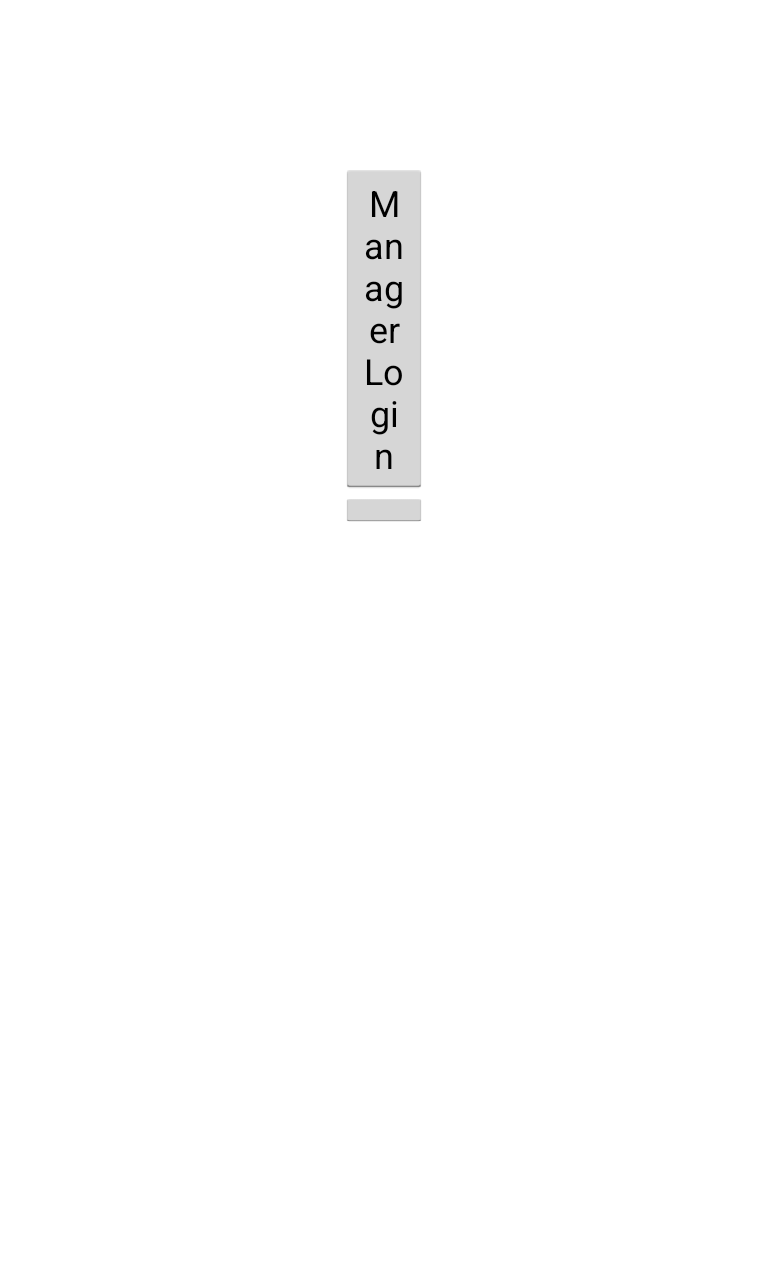
Repository: VroniZinsser/Kurierdienst
Layout: KurierdienstVroni/res/layout/activity_kurierdienst_start.xml
These files come from the project's save history. The layout is drawn as it stood at one moment and after the next save; the edit follows.
It is drawn on a 768 x 1280 px phone screen (xhdpi) without system bars, with theme AppTheme; the app's code is not run.

Above is the layout before, as saved 2014-07-14 16:33:29.

After the next save:
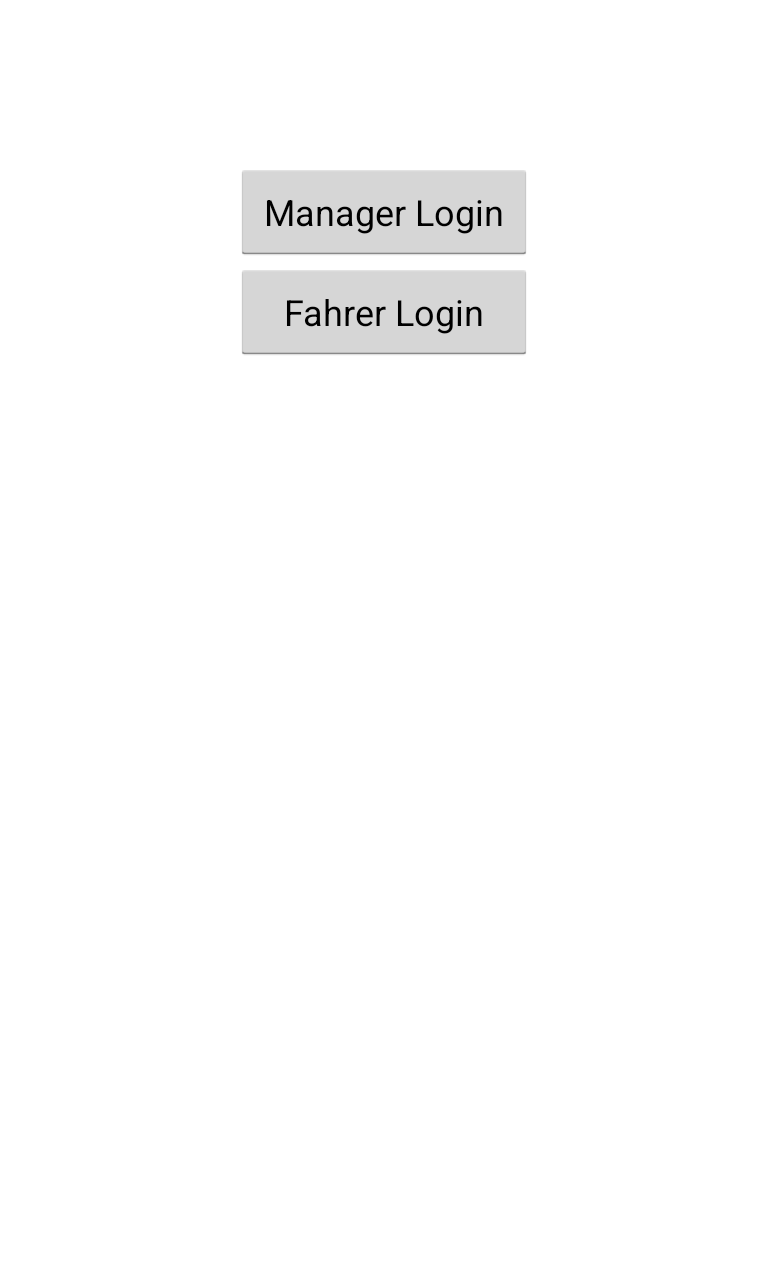
Saved 31 s later.
--- a/KurierdienstVroni/res/layout/activity_kurierdienst_start.xml
+++ b/KurierdienstVroni/res/layout/activity_kurierdienst_start.xml
@@ -10,15 +10,15 @@
 
     <Button
         android:id="@+id/managerLogin"
-        android:layout_width="90px"
-        android:layout_height="wrap_content"
+        android:layout_width="300px"
+        android:layout_height="100px"
         android:layout_centerHorizontal="true"
         android:layout_marginTop="130px"
         android:text="Manager Login" />
 
      <Button
-        android:layout_width="90px"
-        android:layout_height="30px"
+        android:layout_width="300px"
+        android:layout_height="100px"
         android:layout_centerHorizontal="true"
         android:layout_below="@id/managerLogin"
         android:text="Fahrer Login" />
